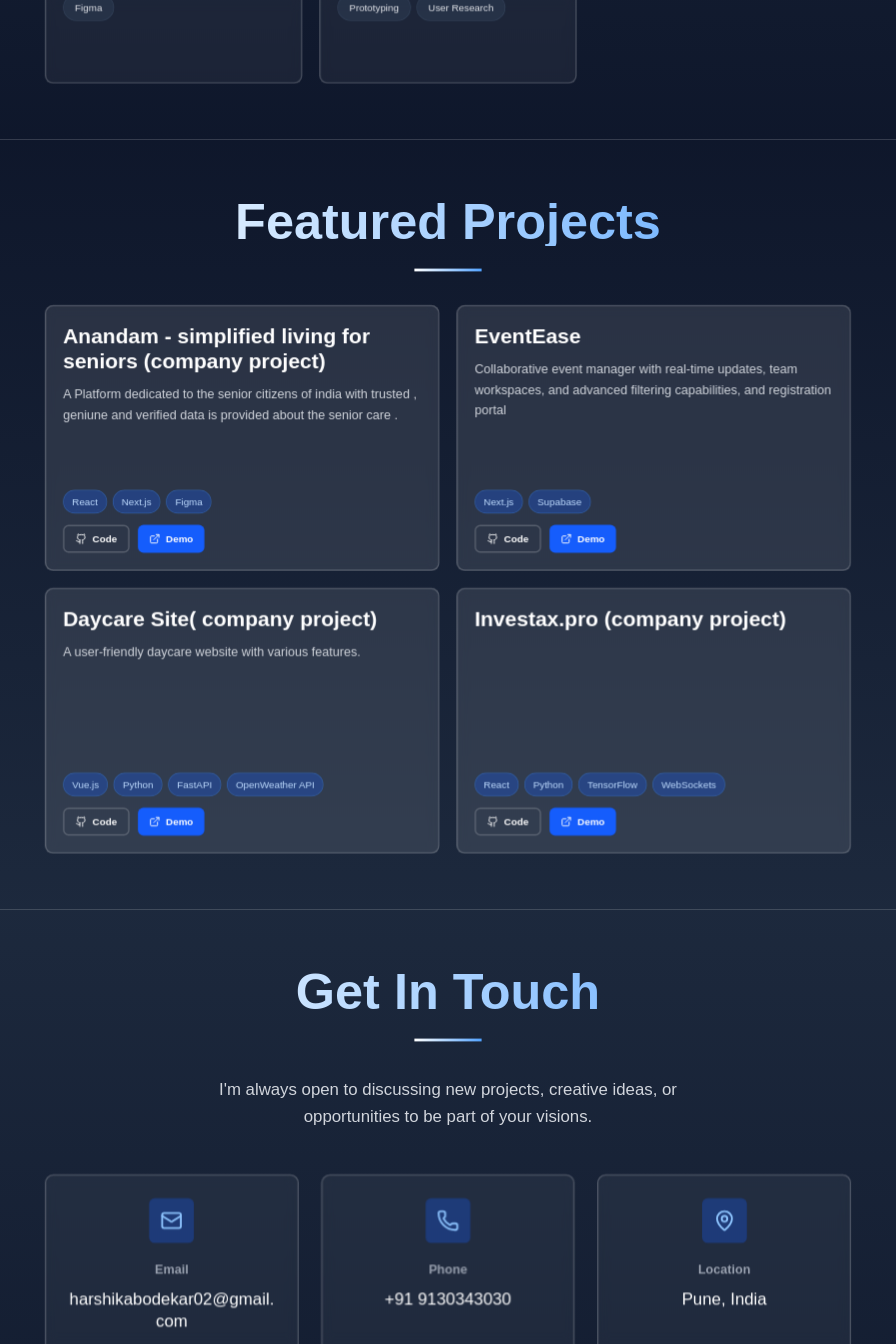
Repository: harshikabodekar/portfolio_awp
Page: /
The author's editor kept a copy of each file at every save. The page is drawn from the files as they stood at one save, then again after the next save.
The browser window is 1280 px wide. The pictures show the part of the page from y = 2534 to 4454 px (the page is 4940 px tall), at 70% of full size.
The project was rebuilt for these pictures with package versions that can differ from the ones it lists, and the page was loaded fresh each time. The framework's server and built-in components were replaced by stand-ins that run in the browser. Also part of the build but not shown: next.config.mjs.

Above is the page before, as saved 2025-10-15 21:47:18.

After the next save:
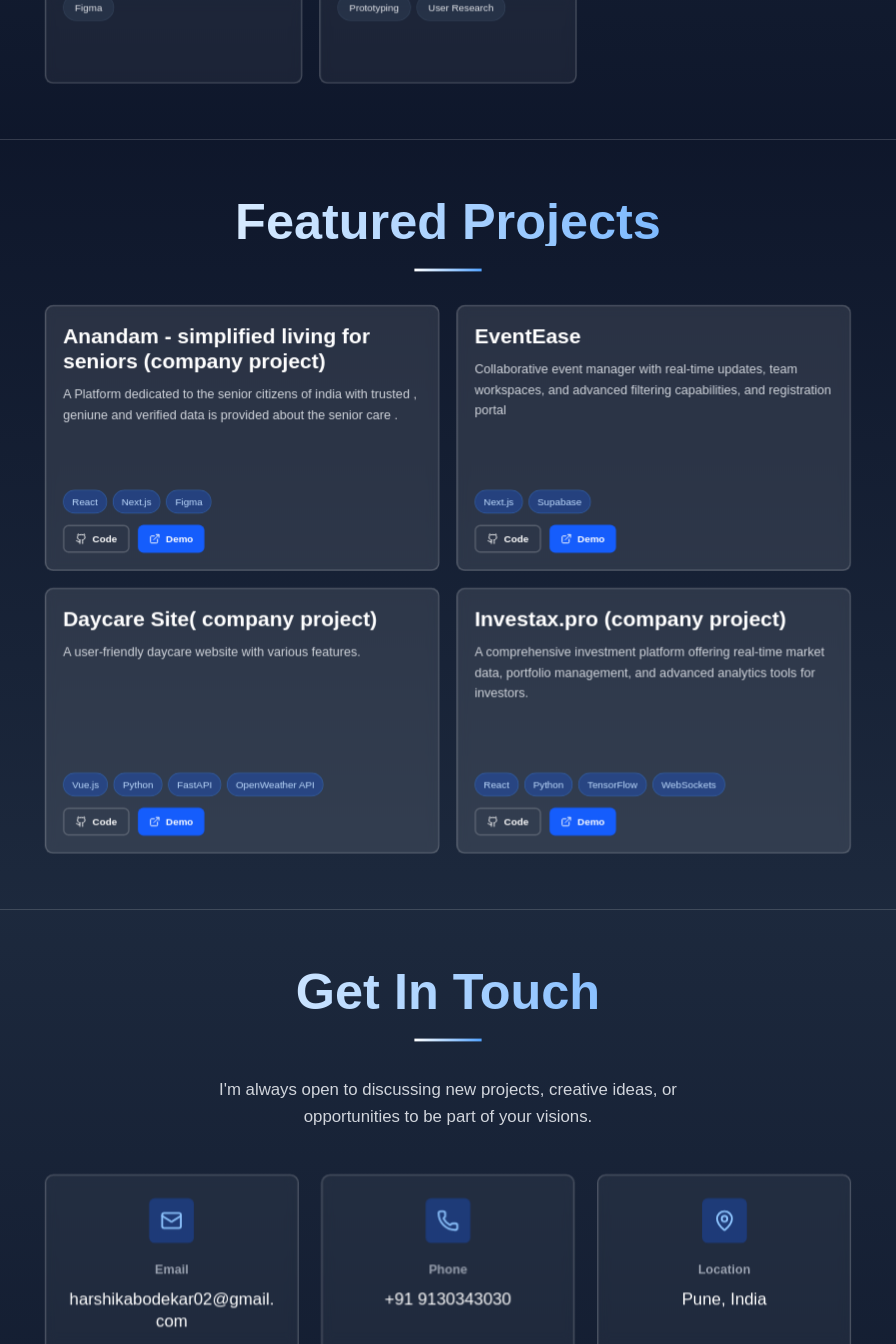
Saved 4 s later.
--- a/src/app/components/Project.js
+++ b/src/app/components/Project.js
@@ -24,7 +24,7 @@ const Projects = () => {
     },
     {
       title: "Investax.pro (company project)",
-      description: "",
+      description: "A comprehensive investment platform offering real-time market data, portfolio management, and advanced analytics tools for investors.",
       tech: ["React", "Python", "TensorFlow", "WebSockets"],
 
     }
